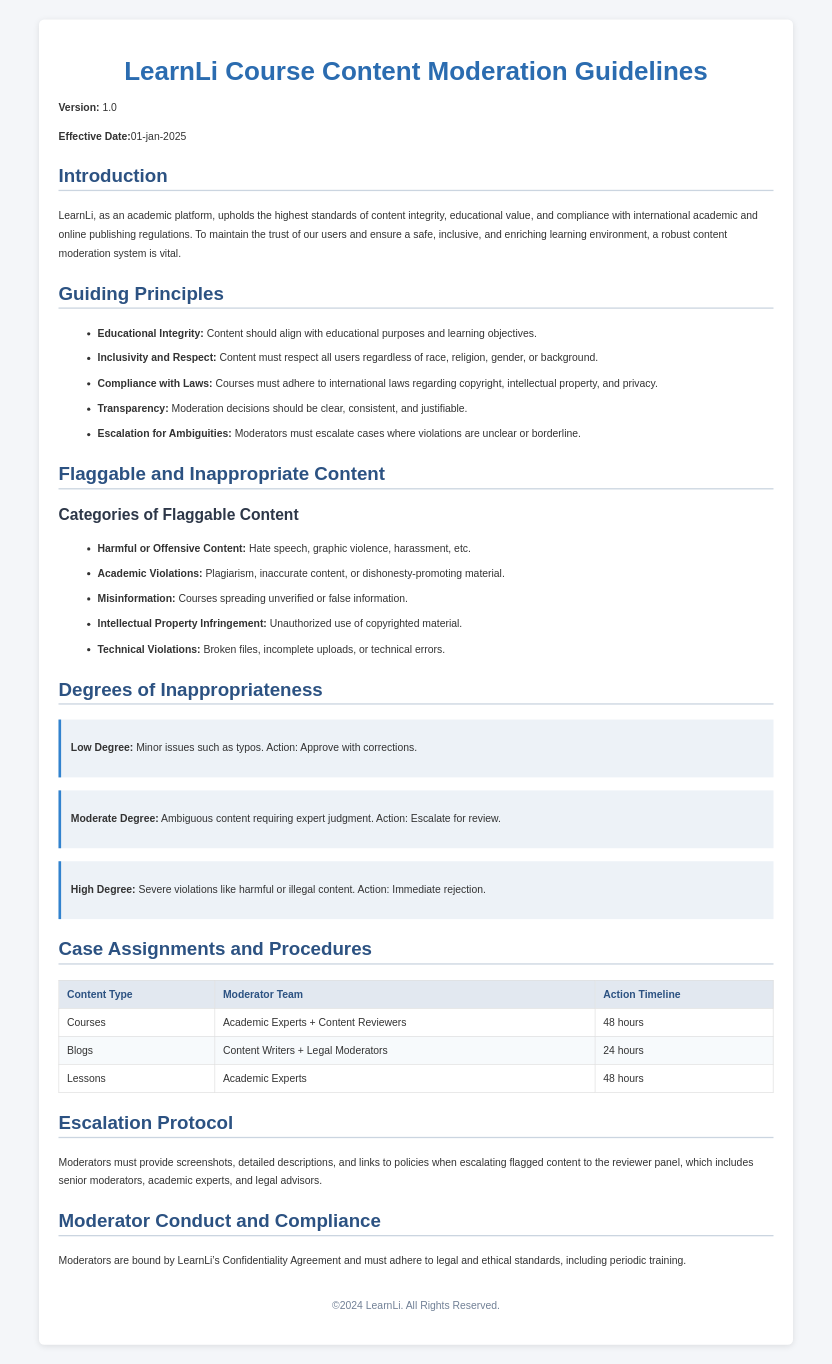
Repository: Learnli23/Learnli
Page: Learnli/users/templates/course_guide.html
An editor plug-in stored every save of this project. The page is shown before and after the next save, followed by the edit.
The browser window is 1280 px wide. The pictures show the whole page, at 65% of full size.
The template is drawn by Django 2.2. The application's start-up code is not run. Other server files are loaded and not shown. The template is opened directly, without the code that normally fills it, so the values that code supplies are empty.

Above is the page before, as saved 2024-12-08 10:25:52.

### Learnli/users/templates/course_guide.html
<!DOCTYPE html>
<html lang="en">

<head>
    <meta charset="UTF-8">
    <meta name="viewport" content="width=device-width, initial-scale=1.0">
    <title>LearnLi Course Moderation Guidelines</title>
    <style>
        body {
            font-family: 'Arial', sans-serif;
            background-color: #f4f6f9;
            color: #333;
            margin: 0;
            padding: 0;
        }

        .container {
            max-width: 1100px;
            margin: 30px auto;
            background: #fff;
            padding: 30px;
            border-radius: 8px;
            box-shadow: 0 2px 10px rgba(0, 0, 0, 0.1);
        }

        h1 {
            font-size: 2.5rem;
            text-align: center;
            margin-bottom: 20px;
            color: #2b6cb0;
        }

        h2 {
            font-size: 1.8rem;
            color: #2c5282;
            margin-top: 30px;
            border-bottom: 2px solid #cbd5e0;
            padding-bottom: 5px;
        }

        h3 {
            font-size: 1.5rem;
            color: #2d3748;
            margin-top: 25px;
        }

        p, ul, ol {
            font-size: 1rem;
            line-height: 1.8;
            margin: 15px 0;
        }

        ul {
            margin-left: 20px;
            list-style-type: disc;
        }

        li {
            margin-bottom: 10px;
        }

        table {
            width: 100%;
            border-collapse: collapse;
            margin: 20px 0;
        }

        table th,
        table td {
            border: 1px solid #ddd;
            padding: 12px;
            text-align: left;
        }

        table th {
            background-color: #e2e8f0;
            color: #2c5282;
        }

        table tr:nth-child(even) {
            background-color: #f7fafc;
        }

        .highlight {
            background-color: #edf2f7;
            border-left: 4px solid #3182ce;
            padding: 15px;
            margin: 20px 0;
        }

        footer {
            text-align: center;
            margin-top: 40px;
            font-size: 0.9rem;
            color: #718096;
        }
    </style>
</head>

<body>
    <div class="container">
        <h1>LearnLi Course Content Moderation Guidelines</h1>
        <p><strong>Version:</strong> 1.0</p>
        <p><strong>Effective Date:</strong>01-jan-2025</p>

        <h2>Introduction</h2>
        <p>
            LearnLi, as an academic platform, upholds the highest standards of content integrity, educational value, and compliance with international academic and online publishing regulations. To maintain the trust of our users and ensure a safe, inclusive, and enriching learning environment, a robust content moderation system is vital.
        </p>

        <h2>Guiding Principles</h2>
        <ul>
            <li><strong>Educational Integrity:</strong> Content should align with educational purposes and learning objectives.</li>
            <li><strong>Inclusivity and Respect:</strong> Content must respect all users regardless of race, religion, gender, or background.</li>
            <li><strong>Compliance with Laws:</strong> Courses must adhere to international laws regarding copyright, intellectual property, and privacy.</li>
            <li><strong>Transparency:</strong> Moderation decisions should be clear, consistent, and justifiable.</li>
            <li><strong>Escalation for Ambiguities:</strong> Moderators must escalate cases where violations are unclear or borderline.</li>
        </ul>

        <h2>Flaggable and Inappropriate Content</h2>
        <h3>Categories of Flaggable Content</h3>
        <ul>
            <li><strong>Harmful or Offensive Content:</strong> Hate speech, graphic violence, harassment, etc.</li>
            <li><strong>Academic Violations:</strong> Plagiarism, inaccurate content, or dishonesty-promoting material.</li>
            <li><strong>Misinformation:</strong> Courses spreading unverified or false information.</li>
            <li><strong>Intellectual Property Infringement:</strong> Unauthorized use of copyrighted material.</li>
            <li><strong>Technical Violations:</strong> Broken files, incomplete uploads, or technical errors.</li>
        </ul>

        <h2>Degrees of Inappropriateness</h2>
        <div class="highlight">
            <p><strong>Low Degree:</strong> Minor issues such as typos. Action: Approve with corrections.</p>
        </div>
        <div class="highlight">
            <p><strong>Moderate Degree:</strong> Ambiguous content requiring expert judgment. Action: Escalate for review.</p>
        </div>
        <div class="highlight">
            <p><strong>High Degree:</strong> Severe violations like harmful or illegal content. Action: Immediate rejection.</p>
        </div>

        <h2>Case Assignments and Procedures</h2>
        <table>
            <thead>
                <tr>
                    <th>Content Type</th>
                    <th>Moderator Team</th>
                    <th>Action Timeline</th>
                </tr>
            </thead>
            <tbody>
                <tr>
                    <td>Courses</td>
                    <td>Academic Experts + Content Reviewers</td>
                    <td>48 hours</td>
                </tr>
                <tr>
                    <td>Blogs</td>
                    <td>Content Writers + Legal Moderators</td>
                    <td>24 hours</td>
                </tr>
                <tr>
                    <td>Lessons</td>
                    <td>Academic Experts</td>
                    <td>48 hours</td>
                </tr>
            </tbody>
        </table>

        <h2>Escalation Protocol</h2>
        <p>
            Moderators must provide screenshots, detailed descriptions, and links to policies when escalating flagged content to the reviewer panel, which includes senior moderators, academic experts, and legal advisors.
        </p>

        <h2>Moderator Conduct and Compliance</h2>
        <p>Moderators are bound by LearnLi’s Confidentiality Agreement and must adhere to legal and ethical standards, including periodic training.</p>

        <footer>
            <p>©2024 LearnLi. All Rights Reserved.</p>
        </footer>
    </div>
</body>

</html>

After the next save:
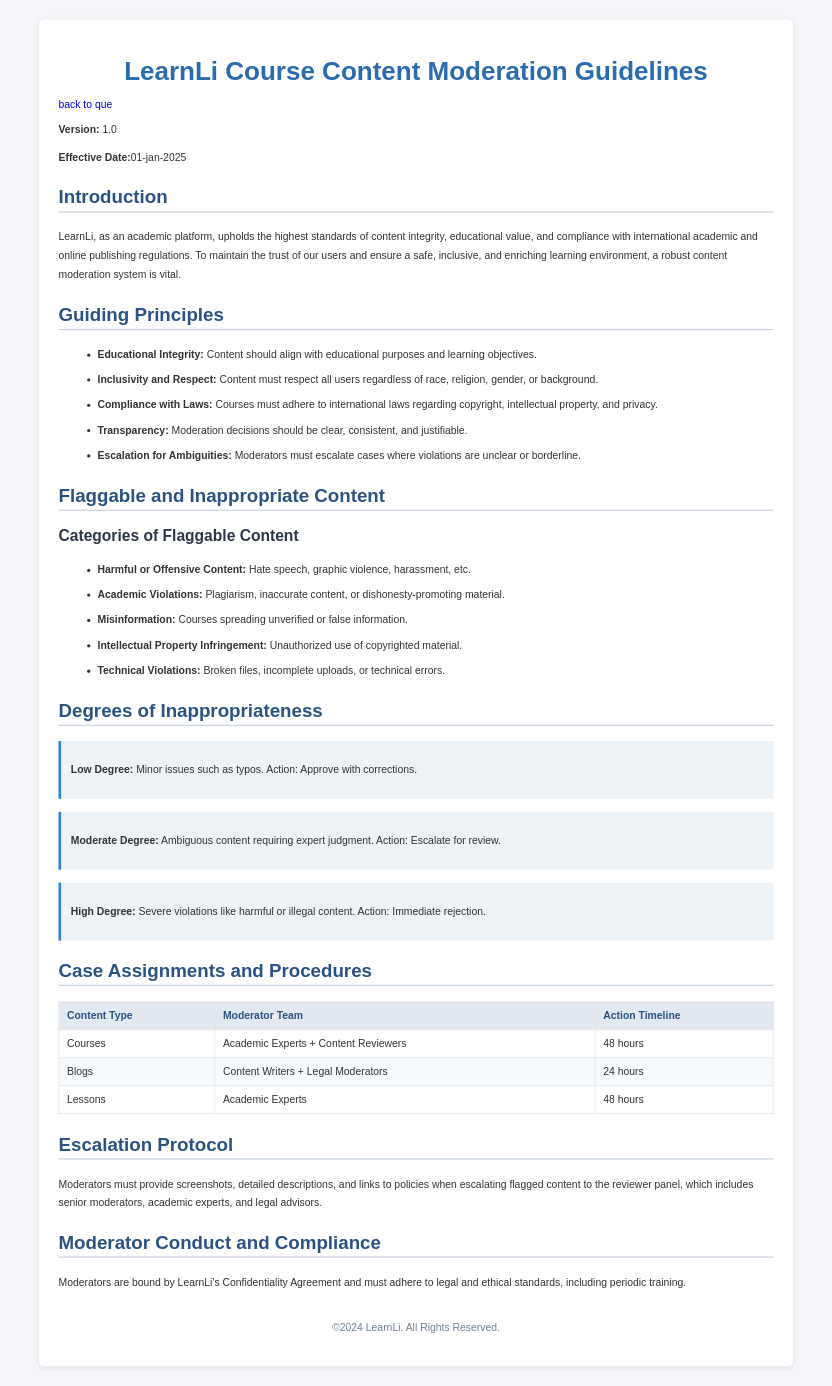
Saved 118 s later.
--- a/Learnli/users/templates/course_guide.html
+++ b/Learnli/users/templates/course_guide.html
@@ -100,6 +100,7 @@
 <body>
     <div class="container">
         <h1>LearnLi Course Content Moderation Guidelines</h1>
+        <a style="text-decoration: none;"    href="{% url 'reported_courses' %}">back to que</a>
         <p><strong>Version:</strong> 1.0</p>
         <p><strong>Effective Date:</strong>01-jan-2025</p>
 
